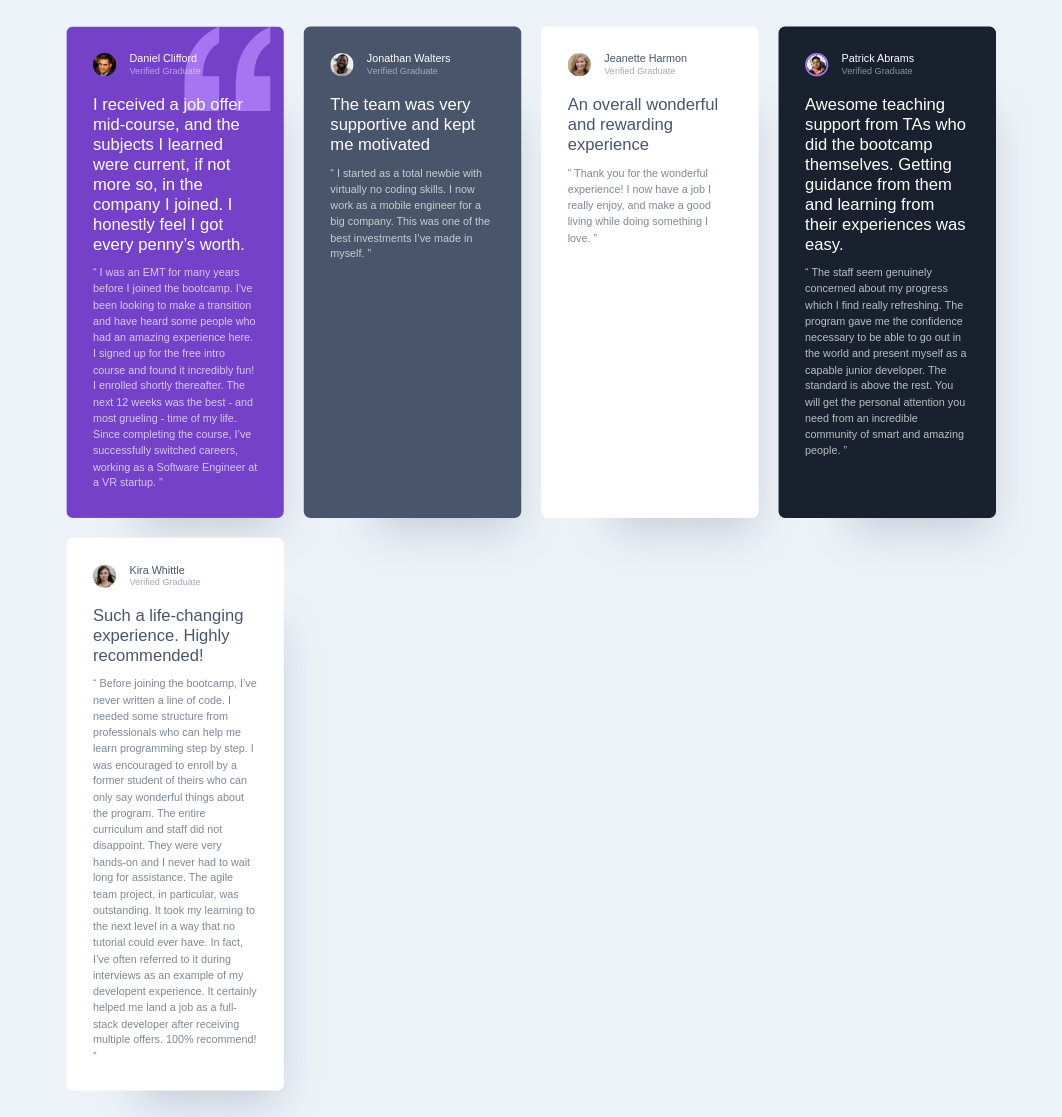
Repository: Imprasna/Grid_template
Page: index.html
An editor plug-in stored every save of this project. The page is shown before and after a run of saves, followed by the edit.
The browser window is 1280 px wide. The pictures show the whole page, at 83% of full size.

Above is the page before, as saved 2021-11-28 11:14:55.

After the next 3 saves:
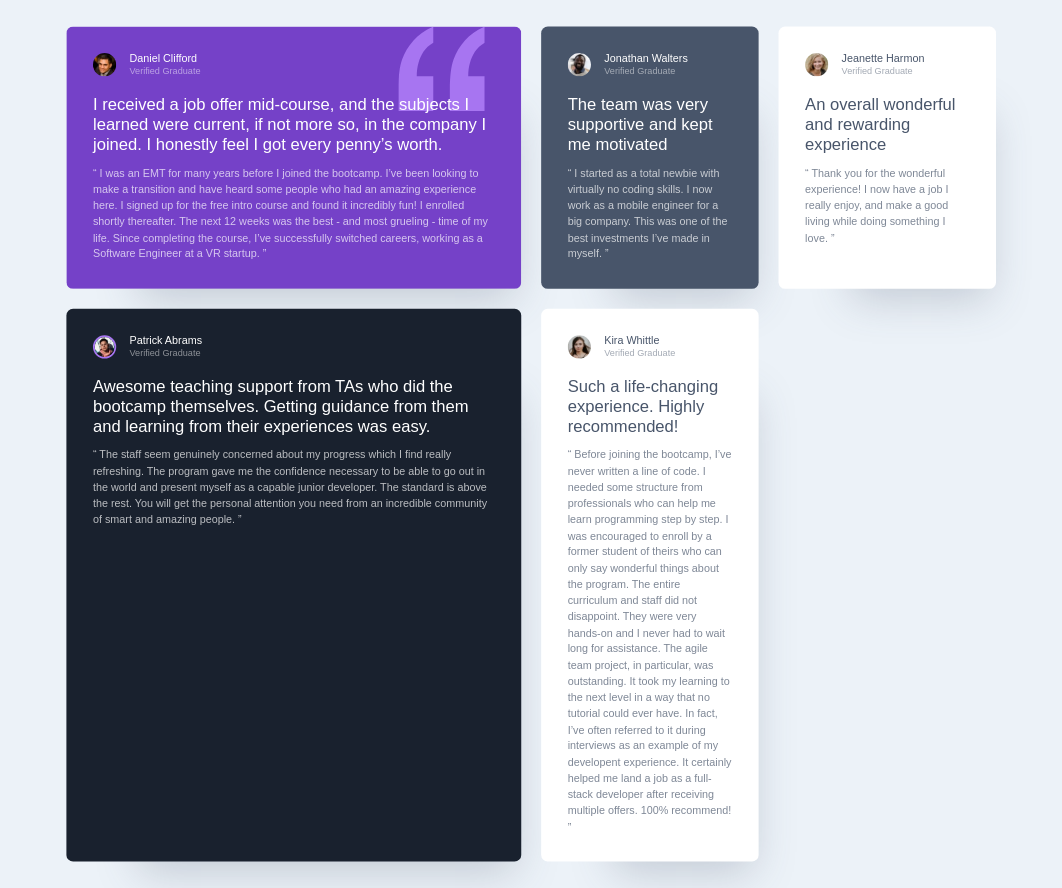
The 3 saves are shown as one change because they came seconds apart.
The last was saved 3 min 54 s later.
--- a/style.css
+++ b/style.css
@@ -154,7 +154,7 @@
   }
 
   .grid-col-span-2 {
-
+      grid-column: span 2;
   }
 
   .testimonial {
